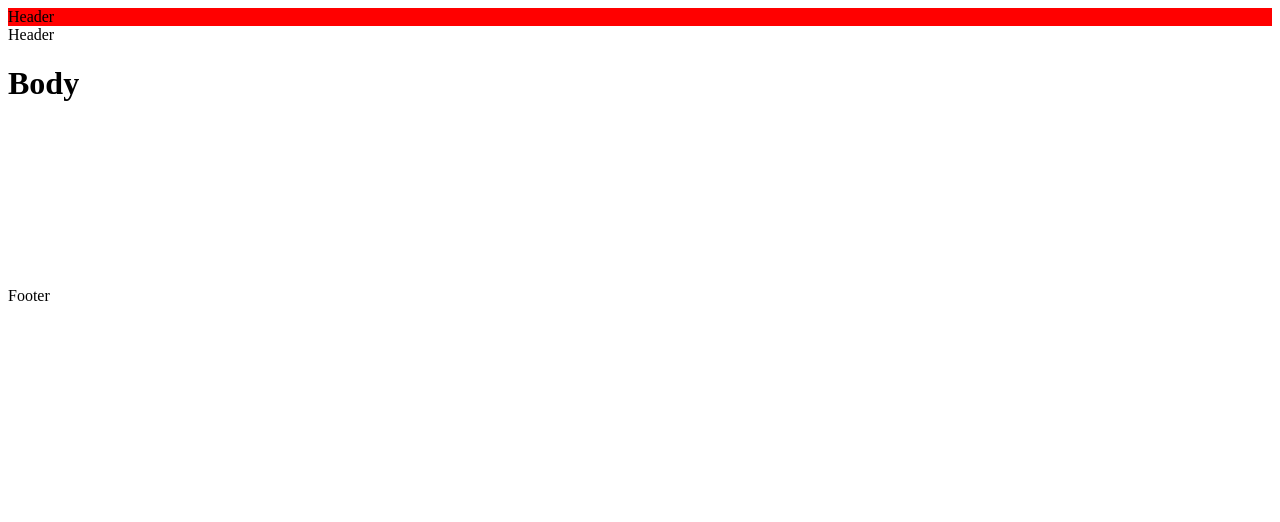
Repository: saekato/HTML
Page: about.html
The author's editor kept a record of every edit. The page is drawn from the files as they stood at one moment, then again after the next edit.
The browser window is 1280 px wide. The pictures show the whole page.

Above is the page before.

### about.html
<html lang="ja">
    <head>
        <style>
        header {
            background-color: red;
        }
        foter {
            background-color: blue;
        }
        .size {
            height: 200px;
        }
        </style>
    </head>
    <body>
        <header>
            Header
        </header>
       <div id="header">
           Header
       </div>
        <h1 class="size">Body</h1>
        <footer>
            Footer
        </footer>
    </body>
</html>

After the next edit:
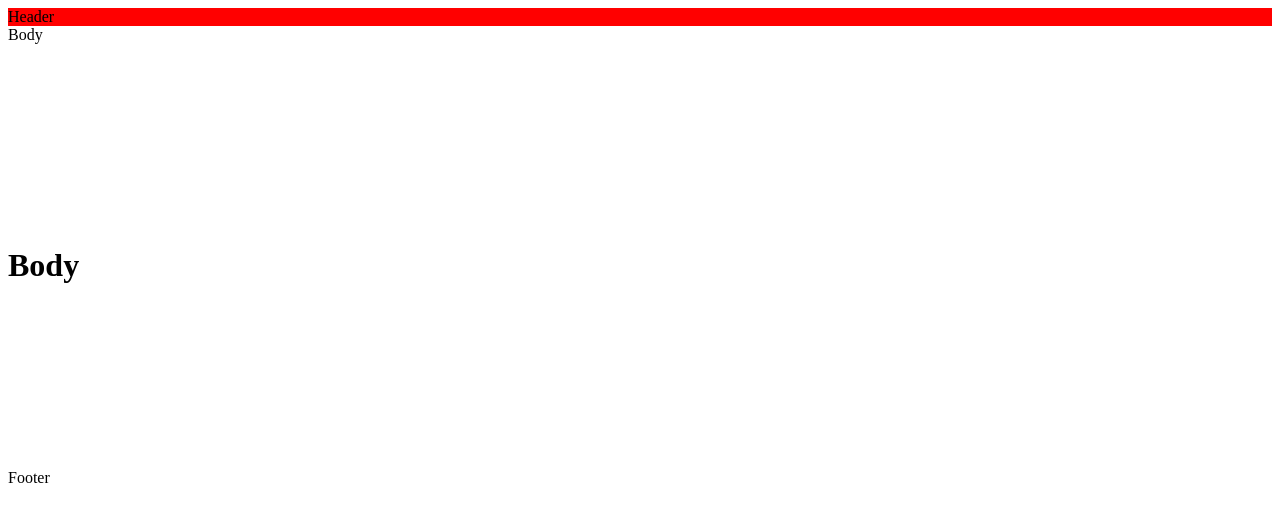
The edit:
--- a/about.html
+++ b/about.html
@@ -16,8 +16,8 @@
         <header>
             Header
         </header>
-       <div id="header">
-           Header
+       <div class="size">
+           Body
        </div>
         <h1 class="size">Body</h1>
         <footer>
